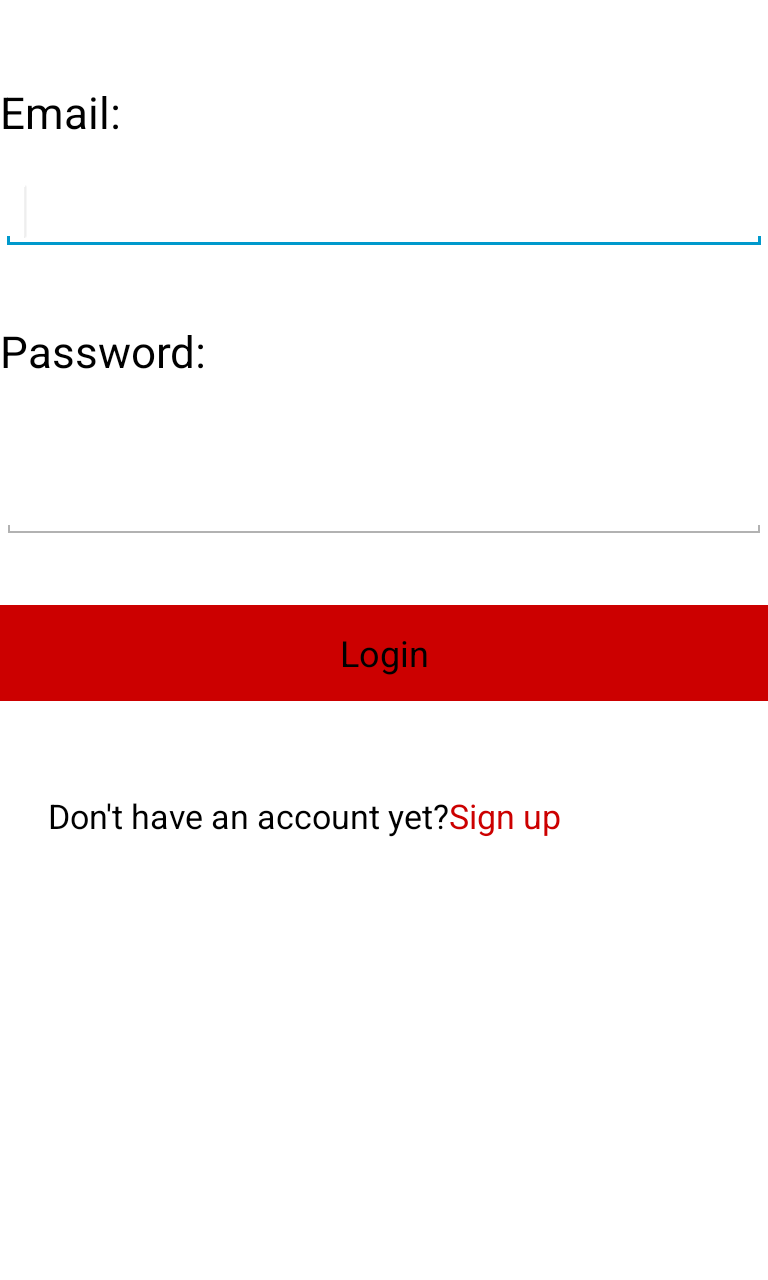
Repository: erwasambo/greendevelopment
Layout: GreenDevelopment/NASCuisine/res/layout/login.xml
These files come from the project's save history. The layout is drawn as it stood at one moment and after the next save; the edit follows.
It is drawn on a 768 x 1280 px phone screen (xhdpi) without system bars, with theme AppTheme; the app's code is not run.

Above is the layout before, as saved 2013-12-03 01:57:19.

After the next save:
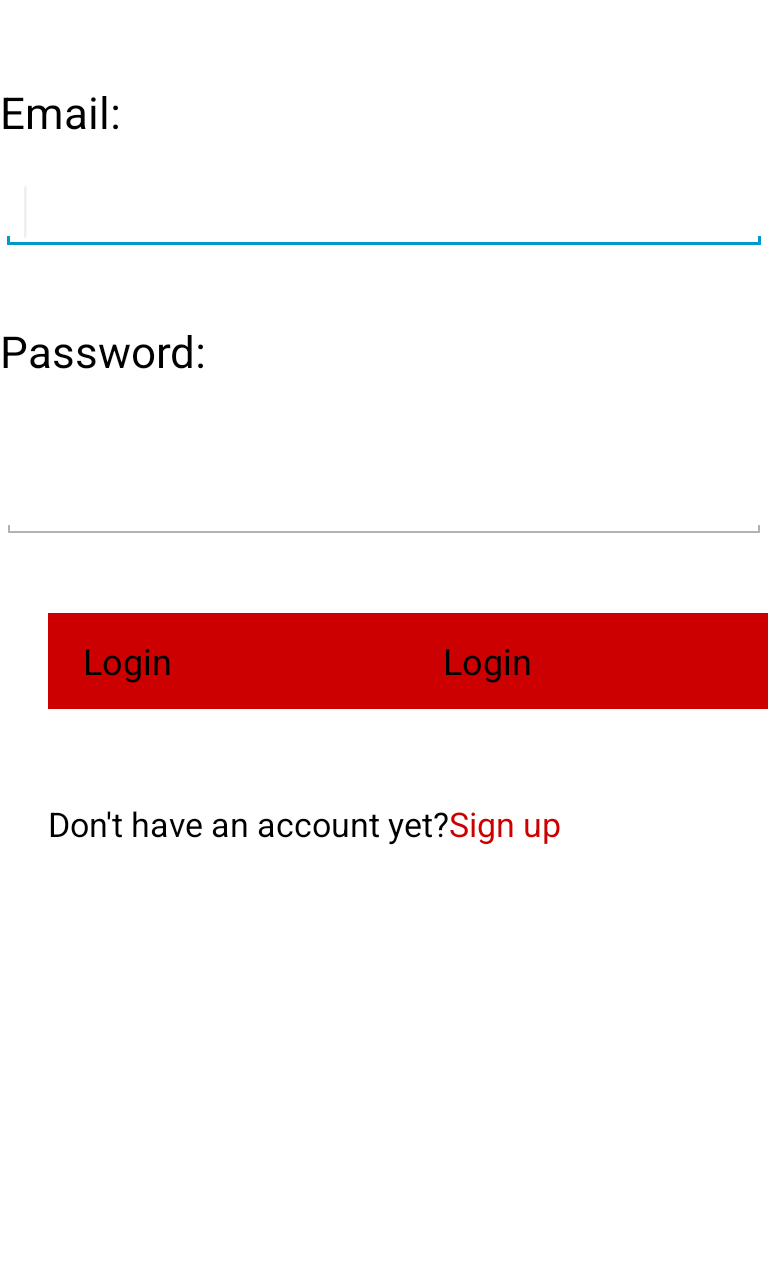
Saved 5 min 37 s later.
--- a/GreenDevelopment/NASCuisine/res/layout/login.xml
+++ b/GreenDevelopment/NASCuisine/res/layout/login.xml
@@ -46,16 +46,6 @@
         android:ems="10"
         android:inputType="textPassword" />
 
-    <Button
-        android:id="@+id/btnLogin"
-        android:layout_width="match_parent"
-        android:layout_height="wrap_content"
-        android:layout_alignParentLeft="true"
-        android:layout_below="@+id/loginPassword"
-        android:layout_marginTop="32dp"
-        android:background="@color/purple"
-        android:text="@string/login" />
-
     <TextView
         android:id="@+id/txtNoacc"
         android:layout_width="wrap_content"
@@ -80,4 +70,26 @@
         android:textColor="@color/purple"
         android:textSize="17sp" />
 
+    <Button
+        android:id="@+id/btnLogin"
+        android:layout_width="match_parent"
+        android:layout_height="wrap_content"
+        android:layout_alignLeft="@+id/txtNoacc"
+        android:layout_alignRight="@+id/textView2"
+        android:layout_below="@+id/loginPassword"
+        android:layout_marginTop="36dp"
+        android:background="@color/purple"
+        android:text="@string/login" />
+
+    <Button
+        android:id="@+id/Button01"
+        android:layout_width="match_parent"
+        android:layout_height="wrap_content"
+        android:layout_alignBaseline="@+id/btnLogin"
+        android:layout_alignBottom="@+id/btnLogin"
+        android:layout_toRightOf="@+id/btnLogin"
+        android:background="@color/purple"
+        android:margin_left="2dp"
+        android:text="@string/login" />
+
 </RelativeLayout>
